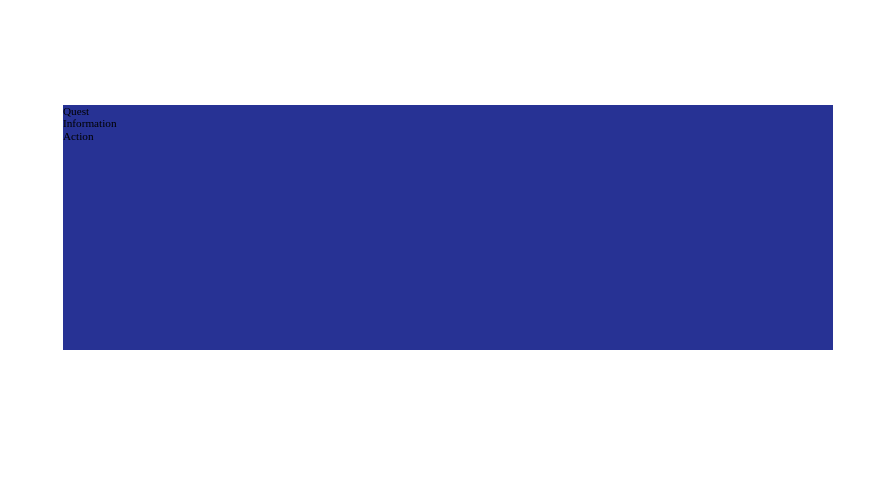
Repository: rahulnag7963/UBCHacks4.0
Page: /
An editor plug-in stored every save of this project. The page is shown before and after the next save, followed by the edit.
The browser window is 1280 px wide. The pictures show the part of the page from y = 0 to 1920 px (the page is 720 px tall before and 5150 px after), at 70% of full size.
The project was rebuilt for these pictures with package versions that can differ from the ones it lists, and the page was loaded fresh each time.

Above is the page before, as saved 2022-11-26 02:28:05.

### public/index.html
<!DOCTYPE html>
<html lang="en">
  <head>
    <meta charset="utf-8" />
    <link rel="icon" href="%PUBLIC_URL%/favicon.ico" />
    <meta name="viewport" content="width=device-width, initial-scale=1" />
    <meta name="theme-color" content="#000000" />
    <meta
      name="description"
      content="Web site created using create-react-app"
    />
    <link rel="apple-touch-icon" href="%PUBLIC_URL%/logo192.png" />
    <link rel="manifest" href="%PUBLIC_URL%/manifest.json" />
    <title>BC Hacks 4.0 Game</title>
  </head>
  <body>
    <noscript>You need to enable JavaScript to run this app.</noscript>
    <div id="root"></div>
  </body>
</html>

### src/index.tsx
import React from 'react';
import ReactDOM from 'react-dom/client';
import './index.css';
import App from './app';

const root = ReactDOM.createRoot(
  document.getElementById('root') as HTMLElement
);

root.render(
  <React.StrictMode>
    <App />
  </React.StrictMode>
);

### src/app.tsx
import React from "react";
import "./app.css";
import Quest from "./Components/Quest";
import Information from "./Components/Information";
import Action from "./Components/Action";
function app() {
  return (
    <div className="app">
      <div className="Components">
        <Quest />
        <Information />
        <Action />
      </div>
    </div>
  );
}

export default app;

### src/app.css
.app {
    height: 350px;
    width: 1100px;
    background-color: rgb(39, 50, 148);
    margin-left: auto;
    margin-right: auto;
    margin-top: 150px;


}

.component {
    text-align: center;
    padding: 250px;
}

### src/Components/Quest.tsx
import React from 'react'

const Quest = () => {
  return (
    <div>Quest</div>
  )
}

export default Quest

### src/Components/Information.tsx
import React from 'react'

const Information = () => {
  return (
    <div>Information</div>
  )
}

export default Information

### src/Components/Action.tsx
import React from 'react'

const Action = () => {
  return (
    <div>Action</div>
  )
}

export default Action

Loaded but not shown: src/index.css (common file)

After the next save:
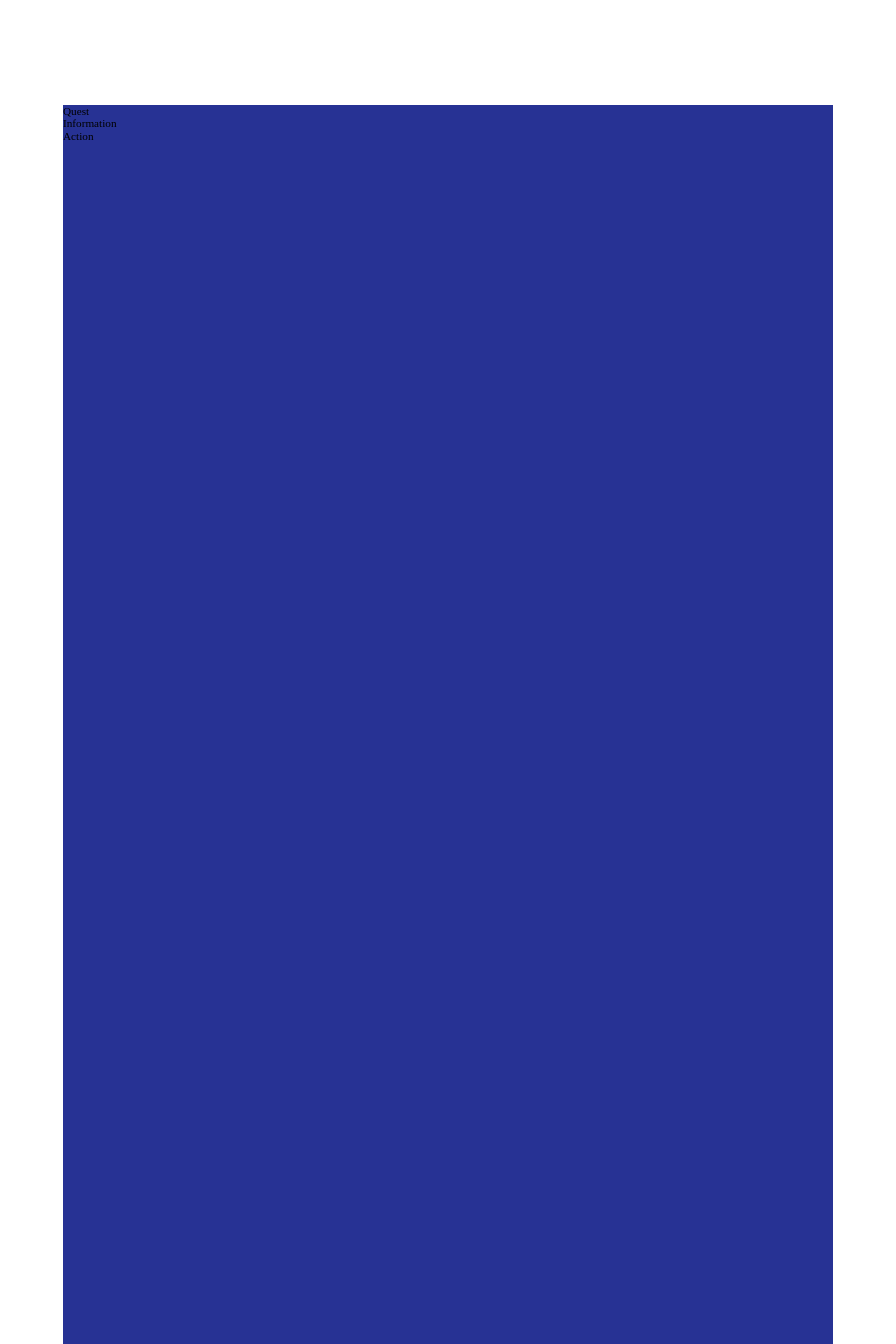
Saved 2 min 0 s later.
--- a/src/app.css
+++ b/src/app.css
@@ -1,5 +1,5 @@
 .app {
-    height: 350px;
+    height: 5000px;
     width: 1100px;
     background-color: rgb(39, 50, 148);
     margin-left: auto;
